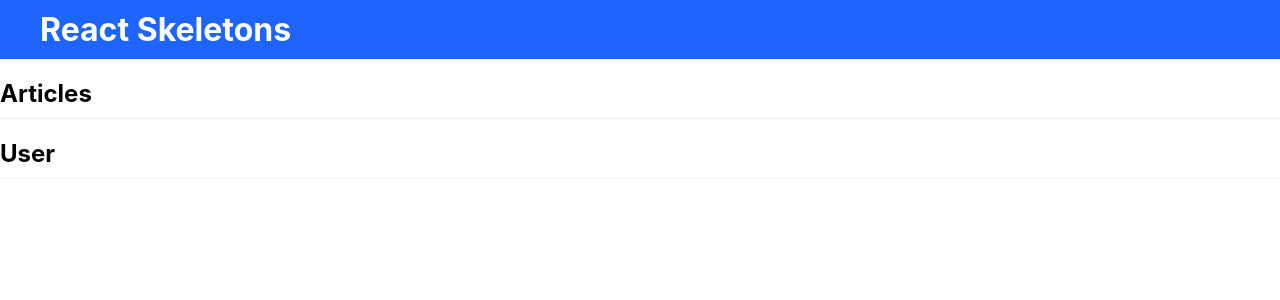
Repository: hwangstar156/React-skeleton-image
Page: /
An editor plug-in stored every save of this project. The page is shown before and after the next save, followed by the edit.
The browser window is 1280 px wide. The pictures show the whole page.
The project was rebuilt for these pictures with package versions that can differ from the ones it lists, and the page was loaded fresh each time.

Above is the page before, as saved 2021-10-02 00:23:44.

### src/index.css
body {
  margin: 0;
  font-family: -apple-system, BlinkMacSystemFont, 'Segoe UI', 'Roboto', 'Oxygen',
    'Ubuntu', 'Cantarell', 'Fira Sans', 'Droid Sans', 'Helvetica Neue',
    sans-serif;
  -webkit-font-smoothing: antialiased;
  -moz-osx-font-smoothing: grayscale;
}

code {
  font-family: source-code-pro, Menlo, Monaco, Consolas, 'Courier New',
    monospace;
}

header {
  background : #1e65ff;
  padding : 10px;
}

header h1 {
  color : white;
  max-width: 1200px;
  margin : 0 auto;
}

h2 {
  padding-bottom : 10px;
  border-bottom: 1px solid #eee;
}

### src/App.js
import React from "react";

import Articles from "./component/Article";
import User from "./component/User";
function App() {
  return (
    <div className="App">
      <header>
        <h1>React Skeletons</h1>
      </header>
      <div className="content">
        <Articles />
        <User />
      </div>
    </div>
  );
}

export default App;

### src/component/Article.js
import React from "react";

const Articles = () => {
  return (
    <div className="articles">
      <h2>Articles</h2>
    </div>
  );
};

export default Articles;

### src/component/User.js
import React from "react";

const User = () => {
  return (
    <div className="user">
      <h2>User</h2>
    </div>
  );
};

export default User;

Loaded but not shown: public/index.html (common file); src/index.js (common file)

After the next save:
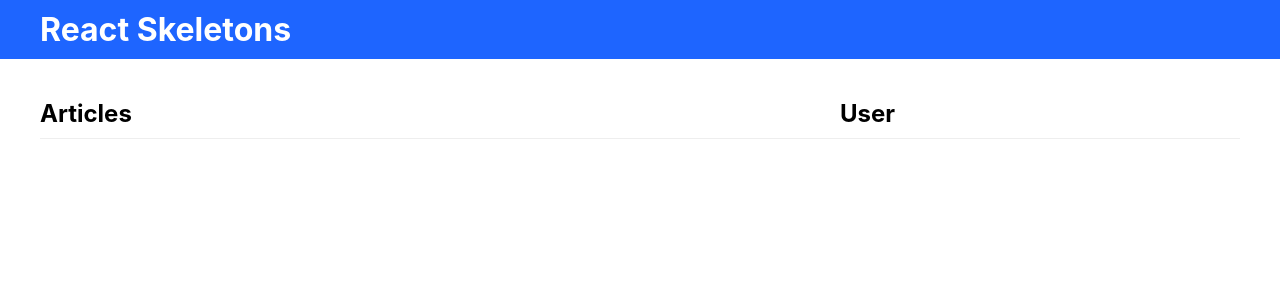
Saved 81 s later.
--- a/src/index.css
+++ b/src/index.css
@@ -27,3 +27,12 @@ h2 {
   padding-bottom : 10px;
   border-bottom: 1px solid #eee;
 }
+
+.content {
+  width : 100%;
+  max-width: 1200px;
+  margin: 0 auto;
+  padding : 20px;
+  display: grid;
+  grid-template-columns: 2fr 1fr;
+}
